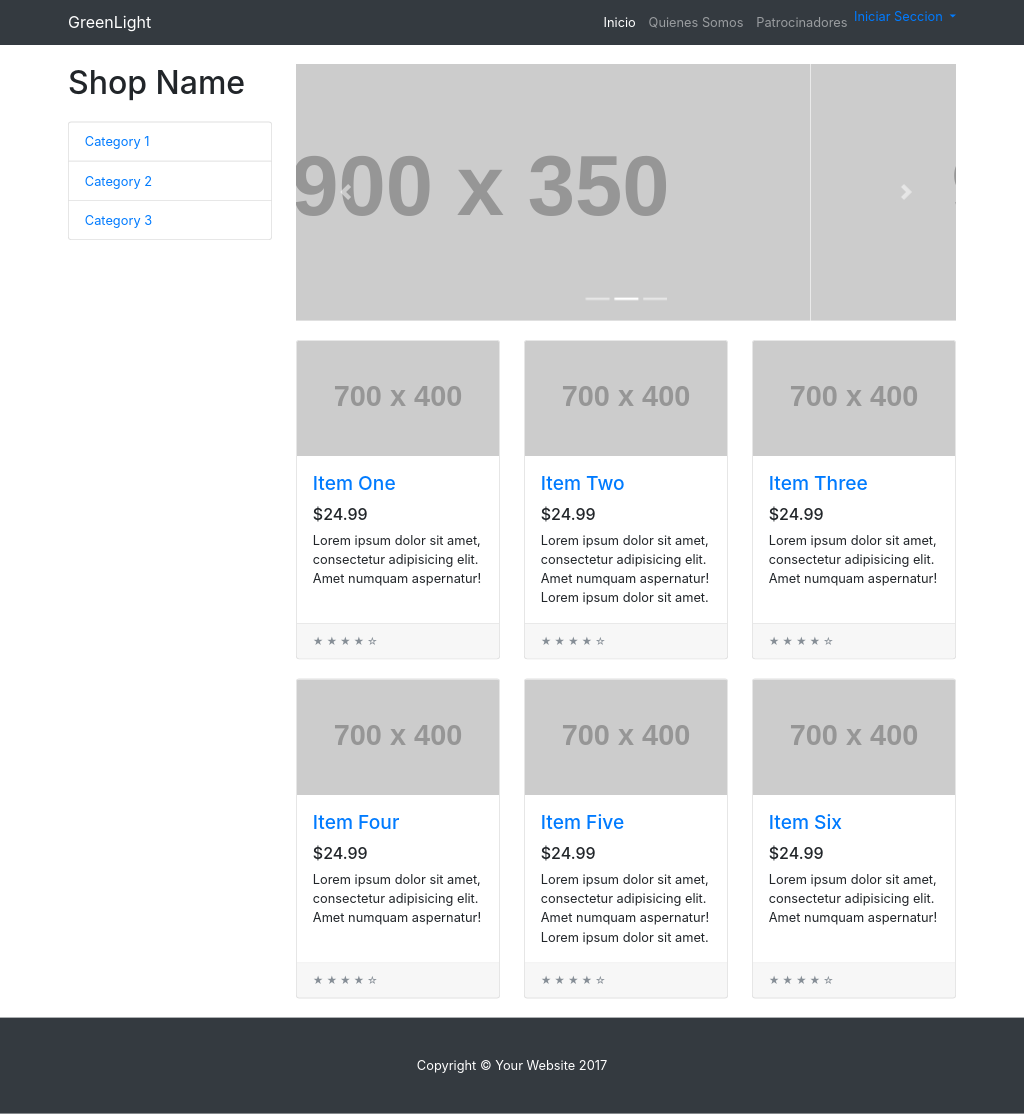
Repository: krojas1997/Test_Project
Page: http://localhost/GREENLIGHT/GreenLightCentral.jsp
An editor plug-in stored every save of this project. The page is shown before and after the next save, followed by the edit.
The browser window is 1280 px wide. The pictures show the whole page, at 80% of full size.
The page is served by Tomcat 9. Other server files are loaded and not shown.

Above is the page before, as saved 2017-10-28 12:42:29.

### Test_GreenLight/GREENLIGHT/WebContent/GreenLightCentral.jsp
<%@ page language="java" contentType="text/html; charset=ISO-8859-1"
    pageEncoding="ISO-8859-1"%>

<%
response.setHeader("Cache-Control","no-cache");
response.setHeader("Cache-Control","no-store");
response.setDateHeader("Expires", 0);

String usuario="";
String  mail="";
int tipo=-1;


HttpSession sesion=request.getSession(true);

if(sesion.getAttribute("usuario")!=null){
	usuario=(String)sesion.getAttribute("usuario");
	mail=(String)sesion.getAttribute("mail");
	tipo=(int)sesion.getAttribute("tipo");
}

%>

<!DOCTYPE html PUBLIC "-//W3C//DTD HTML 4.01 Transitional//EN" "http://www.w3.org/TR/html4/loose.dtd">
<html>
 <head>

    <meta charset="utf-8">
    <meta name="viewport" content="width=device-width, initial-scale=1, shrink-to-fit=no">
    <meta name="description" content="">
    <meta name="author" content="">

    <title>Shop Homepage - Start Bootstrap Template</title>

    <!-- Bootstrap core CSS -->
    <link href="vendor/bootstrap/css/bootstrap.min.css" rel="stylesheet">

    <!-- Custom styles for this template -->
    <link href="css/shop-homepage.css" rel="stylesheet">

  </head>

  <body>

    <!-- Navigation -->
    <nav class="navbar navbar-expand-lg navbar-dark bg-dark fixed-top">
      <div class="container">
        <a class="navbar-brand" href="#">GreenLight</a>
        <button class="navbar-toggler" type="button" data-toggle="collapse" data-target="#navbarResponsive" aria-controls="navbarResponsive" aria-expanded="false" aria-label="Toggle navigation">
          <span class="navbar-toggler-icon"></span>
        </button>
        <div class="collapse navbar-collapse" id="navbarResponsive">
          <ul class="navbar-nav ml-auto">
            <li class="nav-item active">
              <a class="nav-link" href="#">Inicio
                <span class="sr-only">(current)</span>
              </a>
            </li>
            <li class="nav-item">
              <a class="nav-link" href="#">Quienes Somos</a>
            </li>
            <li class="nav-item">
              <a class="nav-link" href="#">Patrocinadores</a>
            </li>
     <%if(sesion.getAttribute("usuario")!=null) { %>
     <li><a><%=usuario %></a></li>
      <li class="active"><a href="ServletLogin?tipo=logOut">Cerrar Seccion</a></li>
     <%}else{ %>
 		<li class="dropdown">
        <a class="dropdown-toggle" data-toggle="dropdown" href="#">Iniciar Seccion
        <span class="caret"></span></a>
        <ul class="dropdown-menu">
          <li><a href="IniciarSeccion.jsp">Paciente</a></li>
          <li><a href="Administrador.jsp">Medico</a></li>
          <li><a href="Administrador.jsp">Administrador</a></li>
           <li class="nav-item">
           <ul class="nav navbar-nav navbar-right">
            </ul>
      </li>


      <%} %>
    </ul>
  </div>
            </li>
          </ul>
        </div>
      </div>
    </nav>

    <!-- Page Content -->
    <div class="container">

      <div class="row">

        <div class="col-lg-3">

          <h1 class="my-4">Shop Name</h1>
          <div class="list-group">
            <a href="#" class="list-group-item">Category 1</a>
            <a href="#" class="list-group-item">Category 2</a>
            <a href="#" class="list-group-item">Category 3</a>
          </div>

        </div>
        <!-- /.col-lg-3 -->

        <div class="col-lg-9">

          <div id="carouselExampleIndicators" class="carousel slide my-4" data-ride="carousel">
            <ol class="carousel-indicators">
              <li data-target="#carouselExampleIndicators" data-slide-to="0" class="active"></li>
              <li data-target="#carouselExampleIndicators" data-slide-to="1"></li>
              <li data-target="#carouselExampleIndicators" data-slide-to="2"></li>
            </ol>
            <div class="carousel-inner" role="listbox">
              <div class="carousel-item active">
                <img class="d-block img-fluid" src="http://placehold.it/900x350" alt="First slide">
              </div>
              <div class="carousel-item">
                <img class="d-block img-fluid" src="http://placehold.it/900x350" alt="Second slide">
              </div>
              <div class="carousel-item">
                <img class="d-block img-fluid" src="http://placehold.it/900x350" alt="Third slide">
              </div>
            </div>
            <a class="carousel-control-prev" href="#carouselExampleIndicators" role="button" data-slide="prev">
              <span class="carousel-control-prev-icon" aria-hidden="true"></span>
              <span class="sr-only">Previous</span>
            </a>
            <a class="carousel-control-next" href="#carouselExampleIndicators" role="button" data-slide="next">
              <span class="carousel-control-next-icon" aria-hidden="true"></span>
              <span class="sr-only">Next</span>
            </a>
          </div>

          <div class="row">

            <div class="col-lg-4 col-md-6 mb-4">
              <div class="card h-100">
                <a href="#"><img class="card-img-top" src="http://placehold.it/700x400" alt=""></a>
                <div class="card-body">
                  <h4 class="card-title">
                    <a href="#">Item One</a>
                  </h4>
                  <h5>$24.99</h5>
                  <p class="card-text">Lorem ipsum dolor sit amet, consectetur adipisicing elit. Amet numquam aspernatur!</p>
                </div>
                <div class="card-footer">
                  <small class="text-muted">&#9733; &#9733; &#9733; &#9733; &#9734;</small>
                </div>
              </div>
            </div>

            <div class="col-lg-4 col-md-6 mb-4">
              <div class="card h-100">
                <a href="#"><img class="card-img-top" src="http://placehold.it/700x400" alt=""></a>
                <div class="card-body">
                  <h4 class="card-title">
                    <a href="#">Item Two</a>
                  </h4>
                  <h5>$24.99</h5>
                  <p class="card-text">Lorem ipsum dolor sit amet, consectetur adipisicing elit. Amet numquam aspernatur! Lorem ipsum dolor sit amet.</p>
                </div>
                <div class="card-footer">
                  <small class="text-muted">&#9733; &#9733; &#9733; &#9733; &#9734;</small>
                </div>
              </div>
            </div>

            <div class="col-lg-4 col-md-6 mb-4">
              <div class="card h-100">
                <a href="#"><img class="card-img-top" src="http://placehold.it/700x400" alt=""></a>
                <div class="card-body">
                  <h4 class="card-title">
                    <a href="#">Item Three</a>
                  </h4>
                  <h5>$24.99</h5>
                  <p class="card-text">Lorem ipsum dolor sit amet, consectetur adipisicing elit. Amet numquam aspernatur!</p>
                </div>
                <div class="card-footer">
                  <small class="text-muted">&#9733; &#9733; &#9733; &#9733; &#9734;</small>
                </div>
              </div>
            </div>

            <div class="col-lg-4 col-md-6 mb-4">
              <div class="card h-100">
                <a href="#"><img class="card-img-top" src="http://placehold.it/700x400" alt=""></a>
                <div class="card-body">
                  <h4 class="card-title">
                    <a href="#">Item Four</a>
                  </h4>
                  <h5>$24.99</h5>
                  <p class="card-text">Lorem ipsum dolor sit amet, consectetur adipisicing elit. Amet numquam aspernatur!</p>
                </div>
                <div class="card-footer">
                  <small class="text-muted">&#9733; &#9733; &#9733; &#9733; &#9734;</small>
                </div>
              </div>
            </div>

            <div class="col-lg-4 col-md-6 mb-4">
              <div class="card h-100">
                <a href="#"><img class="card-img-top" src="http://placehold.it/700x400" alt=""></a>
                <div class="card-body">
                  <h4 class="card-title">
                    <a href="#">Item Five</a>
                  </h4>
                  <h5>$24.99</h5>
                  <p class="card-text">Lorem ipsum dolor sit amet, consectetur adipisicing elit. Amet numquam aspernatur! Lorem ipsum dolor sit amet.</p>
                </div>
                <div class="card-footer">
                  <small class="text-muted">&#9733; &#9733; &#9733; &#9733; &#9734;</small>
                </div>
              </div>
            </div>

            <div class="col-lg-4 col-md-6 mb-4">
              <div class="card h-100">
                <a href="#"><img class="card-img-top" src="http://placehold.it/700x400" alt=""></a>
                <div class="card-body">
                  <h4 class="card-title">
                    <a href="#">Item Six</a>
                  </h4>
                  <h5>$24.99</h5>
                  <p class="card-text">Lorem ipsum dolor sit amet, consectetur adipisicing elit. Amet numquam aspernatur!</p>
                </div>
                <div class="card-footer">
                  <small class="text-muted">&#9733; &#9733; &#9733; &#9733; &#9734;</small>
                </div>
              </div>
            </div>

          </div>
          <!-- /.row -->

        </div>
        <!-- /.col-lg-9 -->

      </div>
      <!-- /.row -->

    </div>
    <!-- /.container -->

    <!-- Footer -->
    <footer class="py-5 bg-dark">
      <div class="container">
        <p class="m-0 text-center text-white">Copyright &copy; Your Website 2017</p>
      </div>
      <!-- /.container -->
    </footer>

    <!-- Bootstrap core JavaScript -->
    <script src="vendor/jquery/jquery.min.js"></script>
    <script src="vendor/bootstrap/js/bootstrap.bundle.min.js"></script>

  </body>

</html>

Loaded but not shown: Test_GreenLight/GREENLIGHT/WebContent/css/shop-homepage.css (common file)

After the next save:
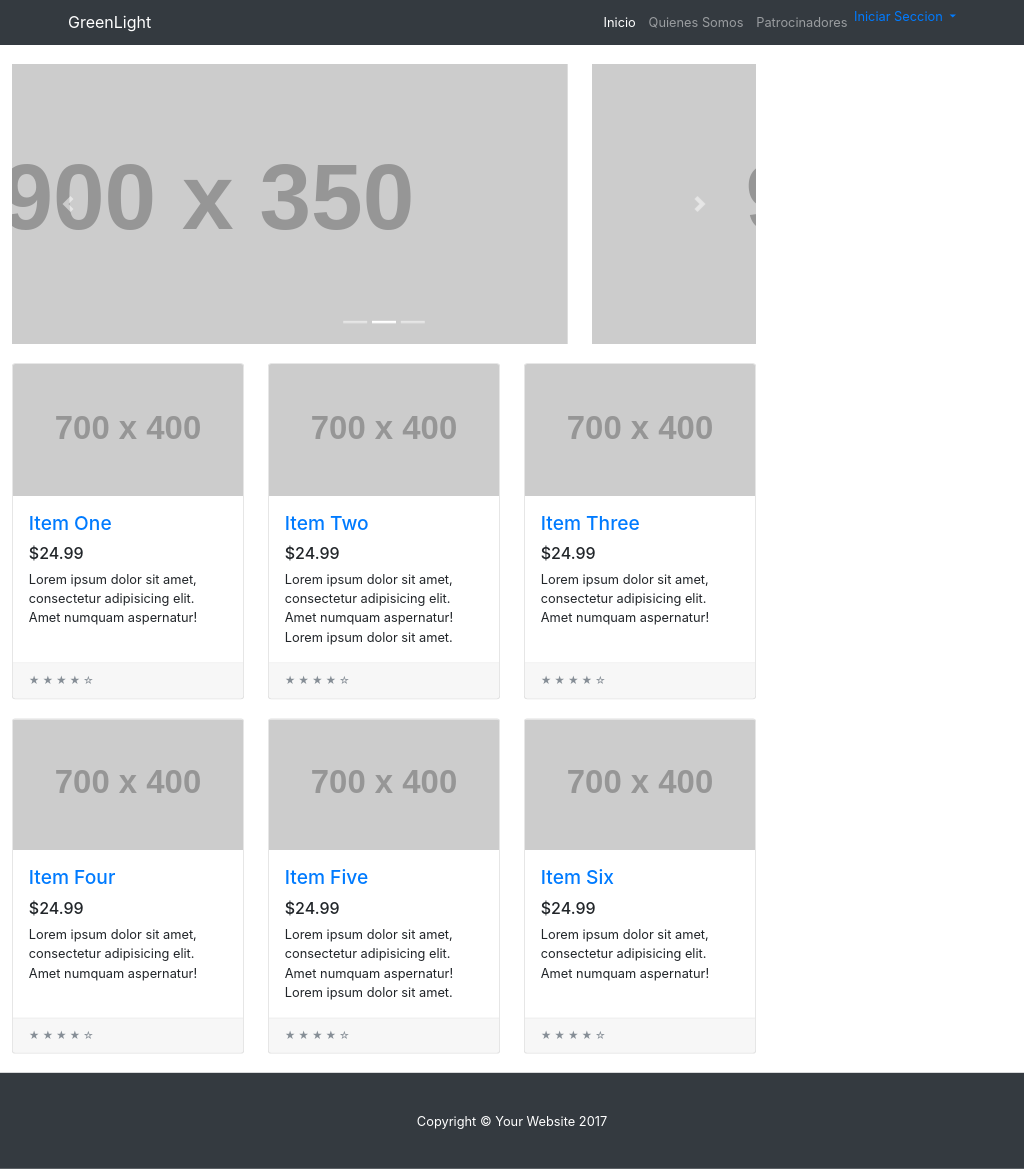
Saved 2 min 3 s later.
--- a/Test_GreenLight/GREENLIGHT/WebContent/GreenLightCentral.jsp
+++ b/Test_GreenLight/GREENLIGHT/WebContent/GreenLightCentral.jsp
@@ -89,20 +89,7 @@ if(sesion.getAttribute("usuario")!=null){
     </nav>
 
     <!-- Page Content -->
-    <div class="container">
-
-      <div class="row">
-
-        <div class="col-lg-3">
-
-          <h1 class="my-4">Shop Name</h1>
-          <div class="list-group">
-            <a href="#" class="list-group-item">Category 1</a>
-            <a href="#" class="list-group-item">Category 2</a>
-            <a href="#" class="list-group-item">Category 3</a>
-          </div>
-
-        </div>
+
         <!-- /.col-lg-3 -->
 
         <div class="col-lg-9">
